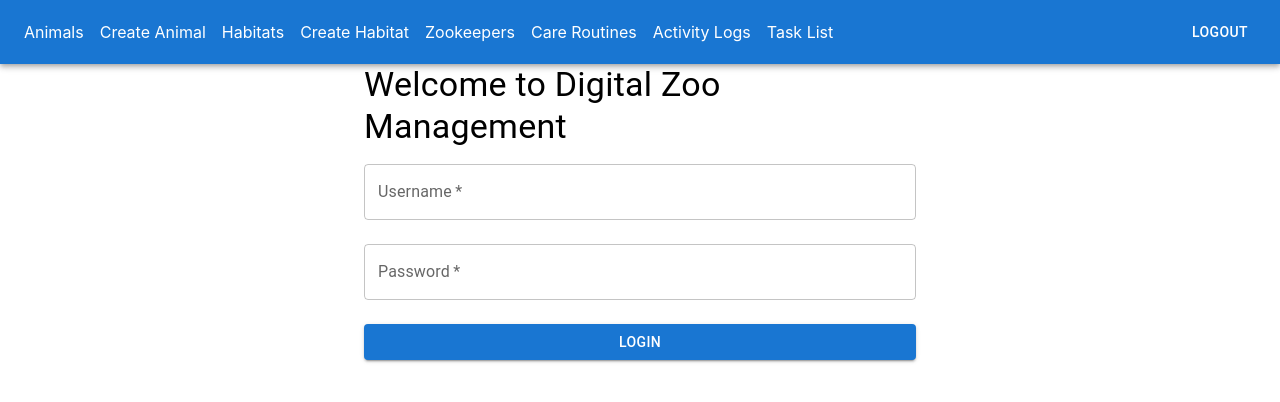
Repository: maomao7788/Digital-Zoo-Management1
Page: / (app in frontend/)
The author's editor kept a copy of each file at every save. The page is drawn from the files as they stood at one save, then again after the next save.
The browser window is 1280 px wide. The pictures show the whole page.
The project was rebuilt for these pictures with package versions that can differ from the ones it lists, and the page was loaded fresh each time. Also part of the build but not shown: frontend/src/pages/AnimalList.tsx, frontend/src/services/api.ts, frontend/src/pages/CreateAnimal.tsx, frontend/src/pages/EditAnimal.tsx, frontend/src/pages/HabitatList.tsx, frontend/src/pages/CreateHabitat.tsx, frontend/src/pages/EditHabitat.tsx, frontend/src/pages/EditZookeeper.tsx and 4 more.

Above is the page before, as saved 2025-03-10 13:54:06.

After the next save:
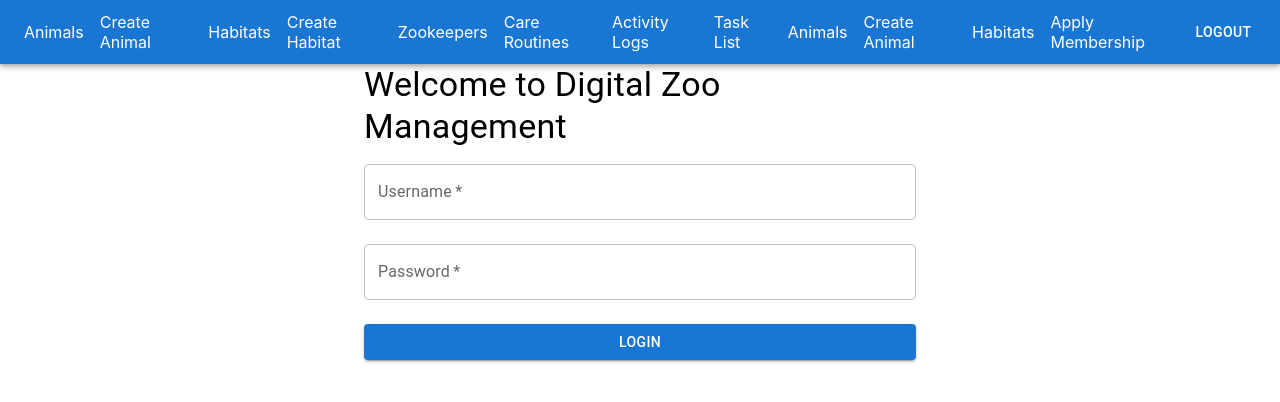
Saved 75 s later.
--- a/frontend/src/App.tsx
+++ b/frontend/src/App.tsx
@@ -35,6 +35,10 @@ function App() {
           <Link component={RouterLink} to="/care_routines" color="inherit" underline="none" sx={{ mr: 2 }}>Care Routines</Link>
           <Link component={RouterLink} to="/activity_logs" color="inherit" underline="none" sx={{ mr: 2 }}>Activity Logs</Link>
           <Link component={RouterLink} to="/task-list" color="inherit" underline="none" sx={{ mr: 2 }}>Task List</Link>
+          <Link href="/" color="inherit" underline="none" sx={{ mr: 2 }}>Animals</Link>
+          <Link href="/create" color="inherit" underline="none" sx={{ mr: 2 }}>Create Animal</Link>
+          <Link href="/habitats" color="inherit" underline="none" sx={{ mr: 2 }}>Habitats</Link>
+          <Link href="/apply-membership" color="inherit" underline="none" sx={{ mr: 2 }}>Apply Membership</Link>
 
           <Box sx={{ flexGrow: 1 }}></Box>
           <Button color="inherit" onClick={handleLogout}>Logout</Button>
